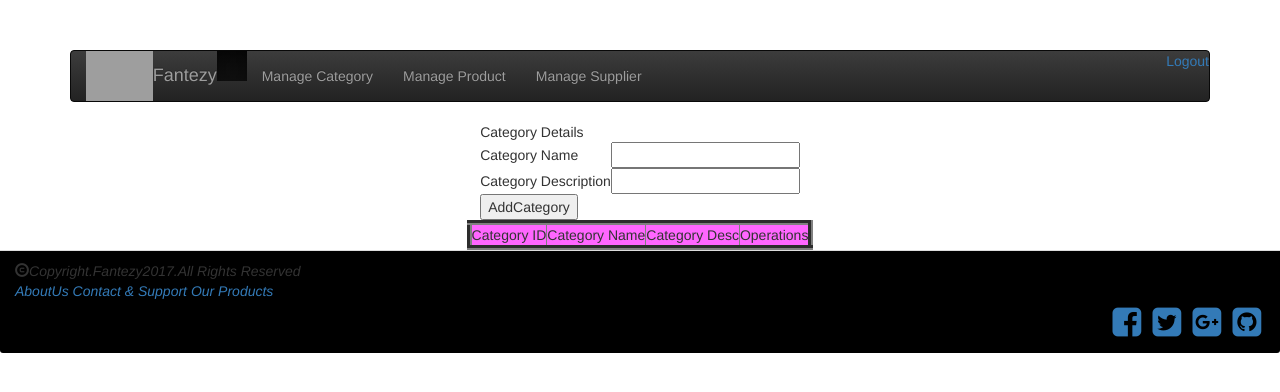
Repository: Safna93/eCommerce-project
Page: http://localhost/FantezyFrontendProject/WEB-INF/views/Category.jsp
An editor plug-in stored every save of this project. The page is shown before and after the next save, followed by the edit.
The browser window is 1280 px wide. The pictures show the whole page.
Pictures or frames that could not be fetched are drawn as grey boxes. Some web libraries are served in a nearby version. The page is served by Tomcat 9. Nobody is signed in. Other server files are loaded and not shown. The template is opened directly, without the code that normally fills it, so the values that code supplies are empty.

Above is the page before, as saved 2017-07-11 06:23:10.

### Fantezy Project/Fantezy/FantezyFrontendProject/src/main/webapp/WEB-INF/views/Category.jsp
<%@ page language="java" contentType="text/html"%>
<%@ taglib uri="http://java.sun.com/jsp/jstl/core" prefix="c"%>
<%@taglib prefix="form" uri="http://www.springframework.org/tags/form"%>

<%@include file="AdminHeader.jsp"%>

<!-- Category Form Started -->
<c:if test="${flag}">
	<form action="UpdateCategory" method="post">
</c:if>
<c:if test="${!flag}">
<form action="AddCategory" method="post">
</c:if>

	<table align="center" cellspacing="2">
		<tr>
			<td colspan="2">Category Details</td>
			<c:if test="${flag}">
			<input type="hidden" name="catid" value="${category.catid}"/>
			</c:if>
		</tr>
		<tr>
			<td>Category Name</td>
			<c:if test="${flag}">
				<td><input type="text" name="catname" value="${category.catname}" /></td>
			</c:if>
			<c:if test="${!flag}">
				<td><input type="text" name="catname" /></td>
			</c:if>
		</tr>
		<tr>
			<td>Category Description</td>
			<c:if test="${flag}">
				<td><input type="text" name="catdesc" value="${category.catdesc}" /></td>
			</c:if>
			<c:if test="${!flag}">
			<td><input type="text" name="catdesc" /></td>
			</c:if>
		</tr>
		<tr>
			<td colspan="2"><input type="submit" value="AddCategory" /></td>
		</tr>
	</table>
</form>
<!-- Category Form Completed -->

<!-- Displaying the Category data using Table -->
<table cellspacing="2" align="center" border="5" >

	<tr bgcolor="#ff66ff">
		<td>Category ID</td>
		<td>Category Name</td>
		<td>Category Desc</td>
		<td>Operations</td>
	</tr>
	<c:forEach items="${catdetail}" var="category">
		<tr bgcolor="#00ff99">
			<td>${category.catid}</td>
			<td>${category.catname}</td>
			<td>${category.catdesc}</td>
			<td><a href="<c:url value="deleteCategory/${category.catid}"/>">Delete</a>
				<a href="<c:url value="updateCategory/${category.catid}"/>">Update</a>
			</td>
		</tr>
	</c:forEach>
</table>
<!-- Completed Displaying Table -->

</body>
</html>

<%@include file="Footer.jsp" %>

### Fantezy Project/Fantezy/FantezyFrontendProject/src/main/webapp/WEB-INF/views/AdminHeader.jsp
<!DOCTYPE html>
<html lang="en">
<head>
<title>Fatntezy-The Girlz Corner</title>
<meta charset="utf-8">
<meta name="viewport" content="width=device-width, initial-scale=1">
<%@ taglib uri="http://java.sun.com/jsp/jstl/core" prefix="c"%>
<link rel="stylesheet"
	href="https://maxcdn.bootstrapcdn.com/bootstrap/3.3.7/css/bootstrap.min.css">
<link href="<c:url value="/resources/css/Head.css" />" rel="stylesheet">
<script
	src="https://ajax.googleapis.com/ajax/libs/jquery/3.2.1/jquery.min.js"></script>
<script
	src="https://maxcdn.bootstrapcdn.com/bootstrap/3.3.7/js/bootstrap.min.js"></script>
</head>
<body>




	<div class="header">
		<div class="container">
			<header style="height: 50px;"></header>
			<!------------- Navbar -------------->
			<nav class="my-nav navbar navbar-inverse bs-dark">
				<div class="navbar-header"></div>












				<div class="collapse navbar-collapse"
					id="bs-example-navbar-collapse-1">
					<ul class="nav navbar-nav">
						<a class="navbar-brand" href="#" style="padding: 0px;"> <img
							src="mylogo.png" style="height: 100%; display: inline-block;"><span>Fantezy</span>
						</a>


						<li class="active"><a href="ioo"><span class="sr-only">HOME</span></a></li>

						<li><a href="Category">Manage Category</a></li>
						<li><a href="Product">Manage Product</a></li>
						<li><a href="Supplier">Manage Supplier</li>

					</ul>
					<ul>
						<div class="nav navbar-nav navbar-right">

							<a href="logout">Logout</a> </a>
						</div>
					</ul>
				</div>







				</li>
				</ul>
		</div>
		</nav>
	</div>

	<!----------- !Navbar End ------------>


	</div>

### Fantezy Project/Fantezy/FantezyFrontendProject/src/main/webapp/WEB-INF/views/Footer.jsp


<html lang="en">
<head>
<title>Fantezy</title>
  <meta charset="utf-8">
  <meta name="viewport" content="width=device-width, initial-scale=1"><!-- Latest compiled and minified CSS -->
<link rel="stylesheet" href="https://maxcdn.bootstrapcdn.com/bootstrap/3.3.4/css/bootstrap.min.css">
<link rel="stylesheet" href="https://cdnjs.cloudflare.com/ajax/libs/font-awesome/4.6.3/css/font-awesome.min.css">
<!-- Optional theme -->
<link rel="stylesheet" href="https://maxcdn.bootstrapcdn.com/bootstrap/3.3.4/css/bootstrap-theme.min.css">
 <!-- jQuery (necessary for Bootstrap's JavaScript plugins) -->
    <script src="https://ajax.googleapis.com/ajax/libs/jquery/1.11.2/jquery.min.js"></script>
<!-- Latest compiled and minified JavaScript -->
<script src="https://maxcdn.bootstrapcdn.com/bootstrap/3.3.4/js/bootstrap.min.js"></script>
  <style>
.panel-footer{
	background-color: black;
	font-style: oblique;
}
body{
	background-color: white;
	font:oblique;
	size:18;
}
.social:hover {
     -webkit-transform: scale(1.1);
     -moz-transform: scale(1.1);
     -o-transform: scale(1.1);
 }
 .social {
     -webkit-transform: scale(0.8);
     /* Browser Variations: */

     -moz-transform: scale(0.8);
     -o-transform: scale(0.8);
     -webkit-transition-duration: 0.5s;
     -moz-transition-duration: 0.5s;
     -o-transition-duration: 0.5s;
 }
/*
    Multicoloured Hover Variations
*/

 #social-fb:hover {
     color: #3B5998;
 }
 #social-tw:hover {
     color: #4099FF;
 }
 #social-gp:hover {
     color: #d34836;
 }
 #social-gh:hover {
     color: black;
 }
</style>
</head>
<body>
<div class="panel-footer">

  <span class="glyphicon glyphicon-copyright-mark"></span>Copyright.Fantezy2017.All Rights Reserved
<div class="text-left left-block">
<a href="AboutUs">AboutUs</a></li>

<a href="ContactUs">Contact & Support</a>
<a href="ProductDesc">Our Products</a>





<div class="text-right right-block">

                <a href="https://www.facebook.com"><i id="social-fb" class="fa fa-facebook-square fa-3x social"></i></a>
	            <a href="https://twitter.com"><i id="social-tw" class="fa fa-twitter-square fa-3x social"></i></a>
	            <a href="https://plus.google.com"><i id="social-gp" class="fa fa-google-plus-square fa-3x social"></i></a>
	            <a href="https://github.com"><i id="social-gh" class="fa fa-github-square fa-3x social"></i></a>
</div>

</div>


</body>
</html>

### Fantezy Project/Fantezy/FantezyFrontendProject/src/main/webapp/resources/css/Head.css


.bs-dark.navbar-inverse {
  background-color: #222;
  border-color: #080808;
}
.bs-dark .navbar-img {padding:5px 6px !important;}
.bs-dark .navbar-img img {width:40px;}
.bs-dark .dropdown-menu {
  min-width: 200px;
  padding: 5px 0;
  margin: 2px 0 0;
  background-color: #000;
  border: 1px solid rgba(0, 0, 0, 0.7);
  border: 1px solid rgba(0, 0, 0, .15);
  -webkit-box-shadow: 0 6px 12px rgba(0, 0, 0, .175);
          box-shadow: 0 6px 12px rgba(0, 0, 0, .175);
}

.bs-dark .dropdown-menu .divider {
  border: 1px solid rgba(0, 0, 0, 0.8);
}
.bs-dark .dropdown-menu > li > a {
  padding: 6px 20px;
  color: rgba(255,255,255,0.80);
}
.bs-dark .dropdown-menu > li > a:hover,
.bs-dark .dropdown-menu > li > a:focus {
  color: rgba(255,255,255,0.70);
  text-decoration: none;
  background-color: transparent;
}
.bs-dark .dropdown-menu > .active > a,
.bs-dark .dropdown-menu > .active > a:hover,
.bs-dark .dropdown-menu > .active > a:focus {
  color: rgba(255,255,255,0.70);
  text-decoration: none;
  background-color: transparent;
  outline: 0;
}

.bs-dark .navbar-form {
  margin:0;
  margin-top: 5px;
  padding:8px 0px;
}

.bs-dark .navbar-form .search-box {
  border:0px;
  height:35px;
  outline: none;
  width:320px;
  padding-right: 3px;
  padding-left: 15px;
  margin:4px;
  -webkit-border-radius: 22px;
  -moz-border-radius: 22px;
  border-radius: 22px;
}

.bs-dark .navbar-form button {
  border: 0;
  background: none;
  padding: 2px 5px;
  margin-top: 2px;
  position: relative;
  left: -34px;
  margin-bottom: 0;
  -webkit-border-radius: 3px;
  -moz-border-radius: 3px;
  border-radius: 3px;
}

.bs-dark .search-box:focus + button {
  z-index: 3;
}

@media (min-width: 768px) {
    .bs-dark .dropdown:hover {background-color: #000;}
	.bs-dark .dropdown:hover .dropdown-menu {
	  display: block;
	}
	.bs-dark .navbar-form {
	  padding:0px;
	}
	.bs-dark .navbar-form .search-box {
	  width:260px;
	  height:32px;
	}

}

After the next save:
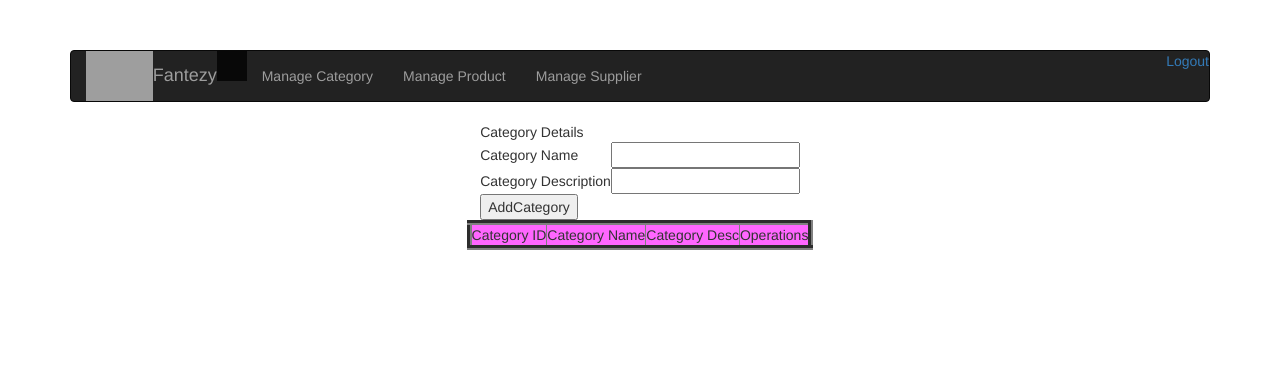
Saved 4 s later.
--- a/Fantezy Project/Fantezy/FantezyFrontendProject/src/main/webapp/WEB-INF/views/Category.jsp
+++ b/Fantezy Project/Fantezy/FantezyFrontendProject/src/main/webapp/WEB-INF/views/Category.jsp
@@ -68,5 +68,3 @@
 
 </body>
 </html>
-
-<%@include file="Footer.jsp" %>
